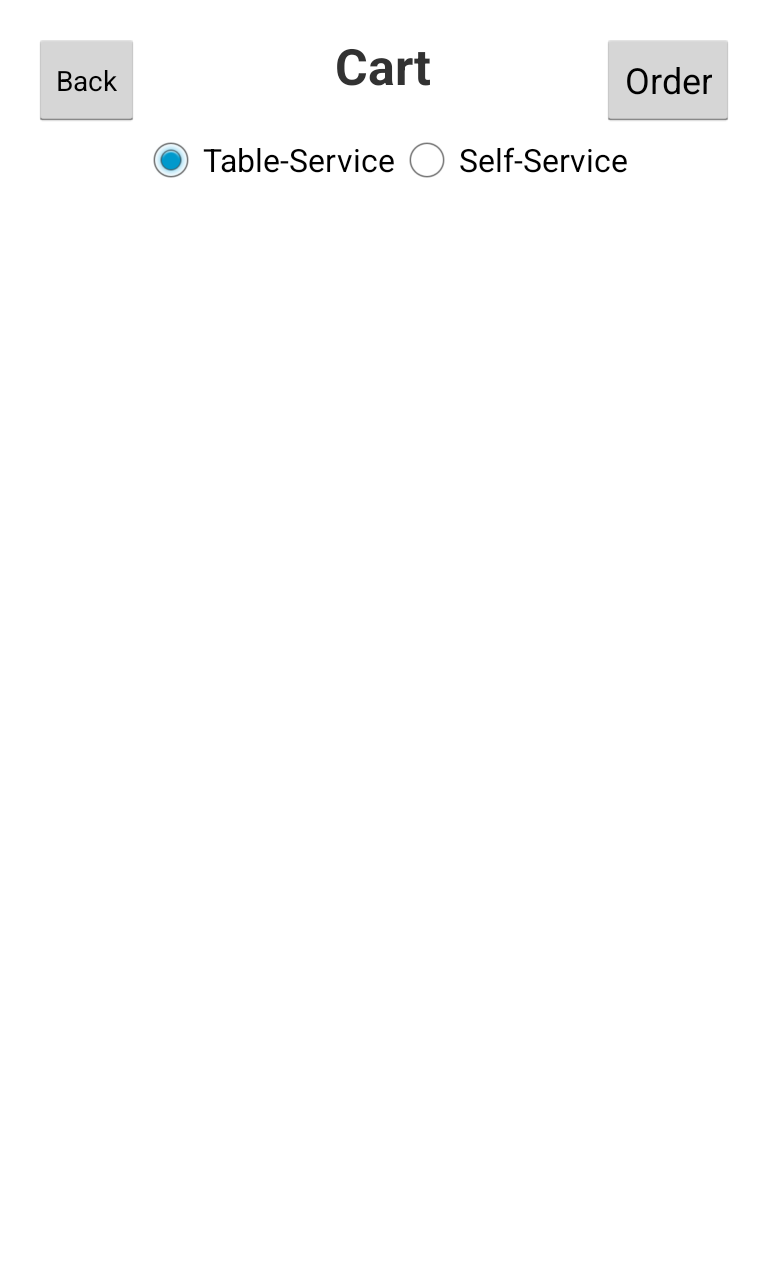
Repository: PotatoBiscuit/Thirstbuster
Layout: MobApp/workspace/DrinkAndGo/res/layout/activity_cart.xml
The author's editor kept a copy of each file at every save. The layout is drawn from the files as they stood at one save, then again after the next save.
It is drawn on a 768 x 1280 px phone screen (xhdpi) without system bars, with theme AppTheme; the app's code is not run. The app's manifest (not shown) leaves right-to-left support off. So textAlignment, textDirection and layoutDirection are ignored, and left and right values win over start and end ones.

Above is the layout before, as saved 2016-04-18 00:07:44.

### MobApp/workspace/DrinkAndGo/res/layout/activity_cart.xml
<LinearLayout xmlns:android="http://schemas.android.com/apk/res/android"
    xmlns:tools="http://schemas.android.com/tools"
    android:layout_width="fill_parent"
    android:layout_height="fill_parent"
    android:gravity="center_horizontal"
    android:orientation="vertical"
    android:paddingBottom="@dimen/activity_vertical_margin"
    android:paddingLeft="@dimen/activity_horizontal_margin"
    android:paddingRight="@dimen/activity_horizontal_margin"
    android:paddingTop="@dimen/activity_vertical_margin"
    tools:context="com.CS477.drinkandgo.activities.CartActivity" >

    <RelativeLayout
        android:layout_width="wrap_content"
        android:layout_height="wrap_content" >

        <TextView
            android:id="@+id/cart"
            android:layout_width="wrap_content"
            android:layout_height="wrap_content"
            android:layout_centerHorizontal="true"
            android:text="@string/cart"
            android:textSize="@dimen/title_size2"
            android:textStyle="bold" />

        <Button
            android:id="@+id/backButton"
            style="?android:attr/buttonStyleSmall"
            android:layout_width="wrap_content"
            android:layout_height="wrap_content"
            android:layout_alignParentStart="true"
            android:onClick="goBack"
            android:text="@string/back" />

        <Button
            android:id="@+id/order"
            android:layout_width="wrap_content"
            android:layout_height="wrap_content"
            android:layout_alignParentEnd="true"
            android:onClick="orderDrinks"
            android:text="@string/order" />

    </RelativeLayout>

    <RadioGroup
        android:id="@+id/service_type"
        android:layout_width="wrap_content"
        android:layout_height="wrap_content"
        android:orientation="horizontal" >

        <RadioButton
            android:id="@+id/table_service_view"
            android:layout_width="wrap_content"
            android:layout_height="wrap_content"
            android:checked="true"
            android:text="@string/table" />

        <RadioButton
            android:id="@+id/self_service_view"
            android:layout_width="wrap_content"
            android:layout_height="wrap_content"
            android:text="@string/self" />
    </RadioGroup>

    <LinearLayout
        android:id="@+id/cart_items"
        android:layout_width="match_parent"
        android:layout_height="wrap_content"
        android:layout_marginTop="@dimen/title_margin"
        android:gravity="center_horizontal"
        android:orientation="vertical" >

        <TextView
            android:id="@+id/total"
            android:layout_width="wrap_content"
            android:layout_height="wrap_content"
            android:ems="10"
            android:textStyle="bold" />

        <ScrollView
            android:layout_width="fill_parent"
            android:layout_height="wrap_content" >

            <LinearLayout
                android:id="@+id/cartList"
                android:layout_width="match_parent"
                android:layout_height="wrap_content"
                android:layout_gravity="center_horizontal"
                android:gravity="center_horizontal"
                android:orientation="vertical" >
            </LinearLayout>
        </ScrollView>
    </LinearLayout>

</LinearLayout>

### MobApp/workspace/DrinkAndGo/res/values/dimens.xml
<resources>

    <!-- Default screen margins, per the Android Design guidelines. -->
    <dimen name="activity_horizontal_margin">16dp</dimen>
    <dimen name="activity_vertical_margin">16dp</dimen>
    <dimen name="title_size">72px</dimen>
    <dimen name="button_margin">10dp</dimen>
    <dimen name="title_margin">50dp</dimen>
    <dimen name="title_size2">25dp</dimen>

</resources>

### MobApp/workspace/DrinkAndGo/res/values/strings.xml
<?xml version="1.0" encoding="utf-8"?>
<resources>

    <string name="app_name">DrinkAndGo</string>
    <string name="sign_in">Sign In</string>
    <string name="sign_up">Sign Up</string>
    <string name="title_activity_sign_in">SignInActivity</string>
    <string name="hello_world">Hello world!</string>
    <string name="action_settings">Settings</string>
    <string name="title_activity_sign_up">SignUpActivity</string>
    <string name="username">Username</string>
    <string name="password">Password</string>
    <string name="submit">Submit</string>
    <string name="title_activity_venue_search">VenueSearchActivity</string>
    <string name="name">Name</string>
    <string name="confirm_password">Re-enter Password</string>
    <string name="card_number">Credit Card Number</string>
    <string name="password_error">Passwords do not match!</string>
    <string name="input_error">All fields must be filled!</string>
    <string name="username_error">Username or password is incorrect!</string>
    <string name="username_not_unique">Username is already taken!</string>
    <string name="search_venue">Search Venue</string>
    <string name="search">Search</string>
    <string name="select">Select</string>
    <string name="title_activity_menu">MenuActivity</string>
    <string name="back">Back</string>
    <string name="cart">Cart</string>
    <string name="title_activity_cart">CartActivity</string>
    <string name="order">Order</string>
    <string name="self">Self-Service</string>
	<string name="table">Table-Service</string>
	<string name="enter_table_num">Enter Table Number</string>

</resources>

Loaded but not shown: MobApp/workspace/DrinkAndGo/res/values/styles.xml (common file); MobApp/workspace/DrinkAndGo/res/values-v11/styles.xml (common file); MobApp/workspace/DrinkAndGo/res/values-v14/styles.xml (common file); MobApp/workspace/DrinkAndGo/res/values-w820dp/dimens.xml (common file)

After the next save:
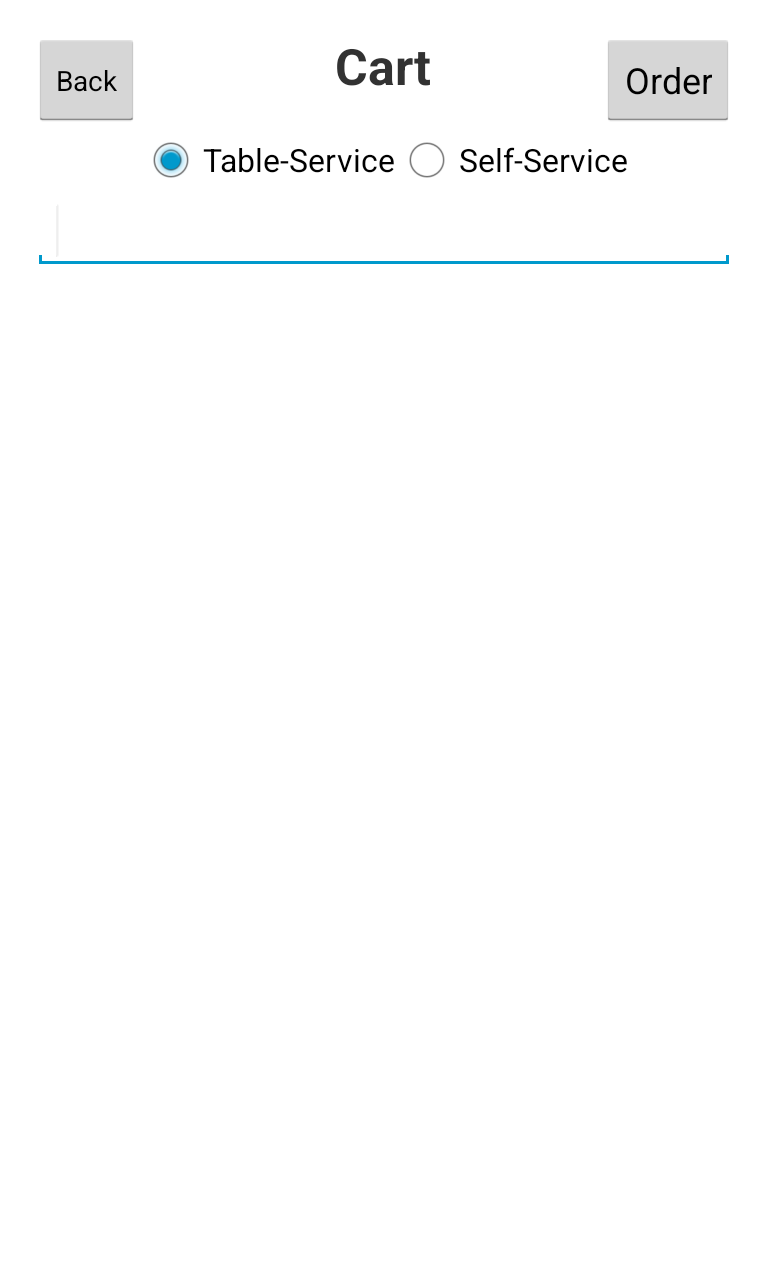
Saved 26 s later.
--- a/MobApp/workspace/DrinkAndGo/res/layout/activity_cart.xml
+++ b/MobApp/workspace/DrinkAndGo/res/layout/activity_cart.xml
@@ -62,6 +62,15 @@
             android:text="@string/self" />
     </RadioGroup>
 
+    <EditText
+        android:id="@+id/table_num_view"
+        android:layout_width="match_parent"
+        android:layout_height="wrap_content"
+        android:ems="10" >
+
+        <requestFocus />
+    </EditText>
+
     <LinearLayout
         android:id="@+id/cart_items"
         android:layout_width="match_parent"
